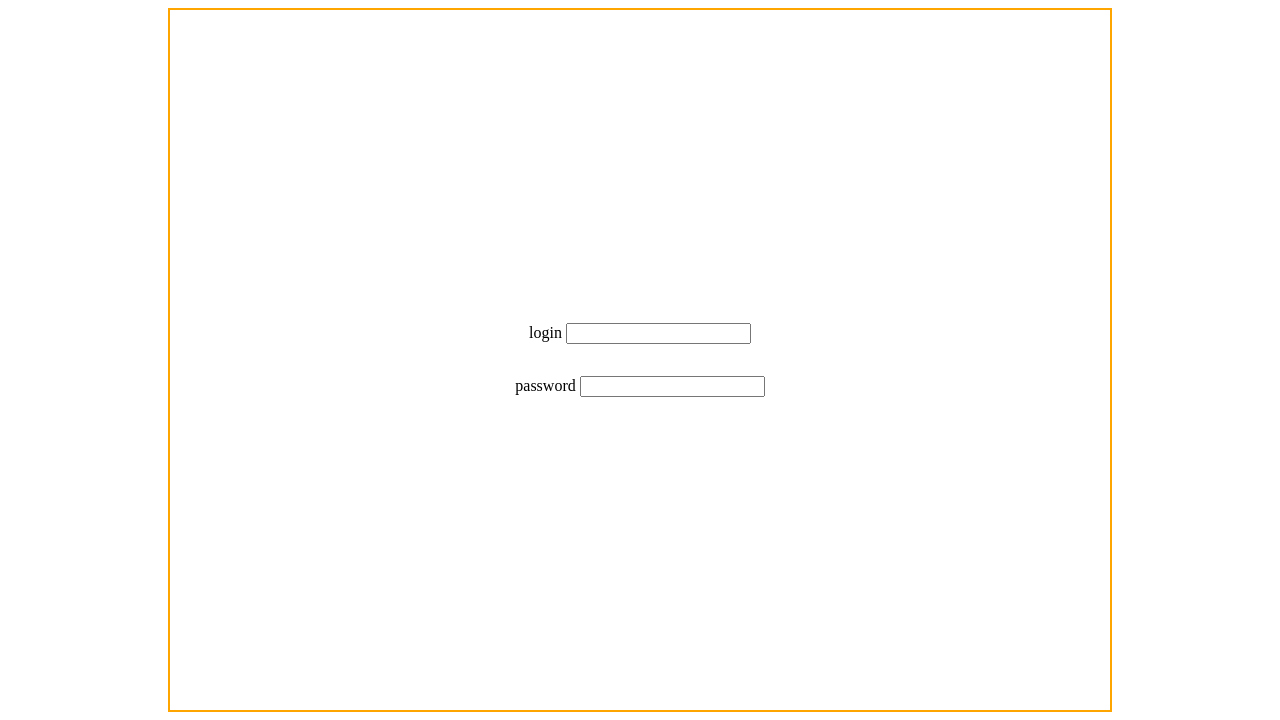
Repository: AndreyMykulych/javascript
Page: 11/index.html
The author's editor kept a copy of each file at every save. The page is drawn from the files as they stood at one save, then again after the next save.
The browser window is 1280 px wide. The pictures show the whole page.

Above is the page before, as saved 2023-04-27 22:29:24.

### 11/index.html
<!DOCTYPE html>
<html lang="en">
<head>
    <meta charset="UTF-8">
    <meta http-equiv="X-UA-Compatible" content="IE=edge">
    <meta name="viewport" content="width=device-width, initial-scale=1.0">
    <title>Document</title>
</head>
<script src="one.js"></script>
<style>
     .auth{
         display: flex;
         flex-direction: column;
         justify-content: center;
        width: 58.75rem;
        height: 43.75rem;
        margin: 0 auto;
        border: 2px solid orange;
    }
    .passPar,.loginPar{
        text-align: center;
    }
    .pizzaForm{
        display: none;
        width: 58.75rem;
        height: 43.75rem;
        margin: 0 auto;
        border: 2px solid orange;
    }
</style>
<body>
    <form class="auth" disabled="">
    <p class="loginPar">
        <label for="login">login</label>
        <input type="text" name="login">
    </p>
    <p class="passPar">
        <label for="password">password</label>
        <input type="password" name="password">
    </p>
    </form>
    <form class="pizzaForm">

    </form>
</body>
</html>

### 11/one.js
window.onload = () => {
    let formElLoggin = document.querySelector('.auth');
    let formElPizza = document.querySelector('.pizzaForm');

    formElLoggin.onsubmit = (e) => {
        let login = document.querySelector('[name=login]')
        let password = document.querySelector('[name=password]')

        let isValid = true;

        console.log(login.value)
    }
}

After the next save:
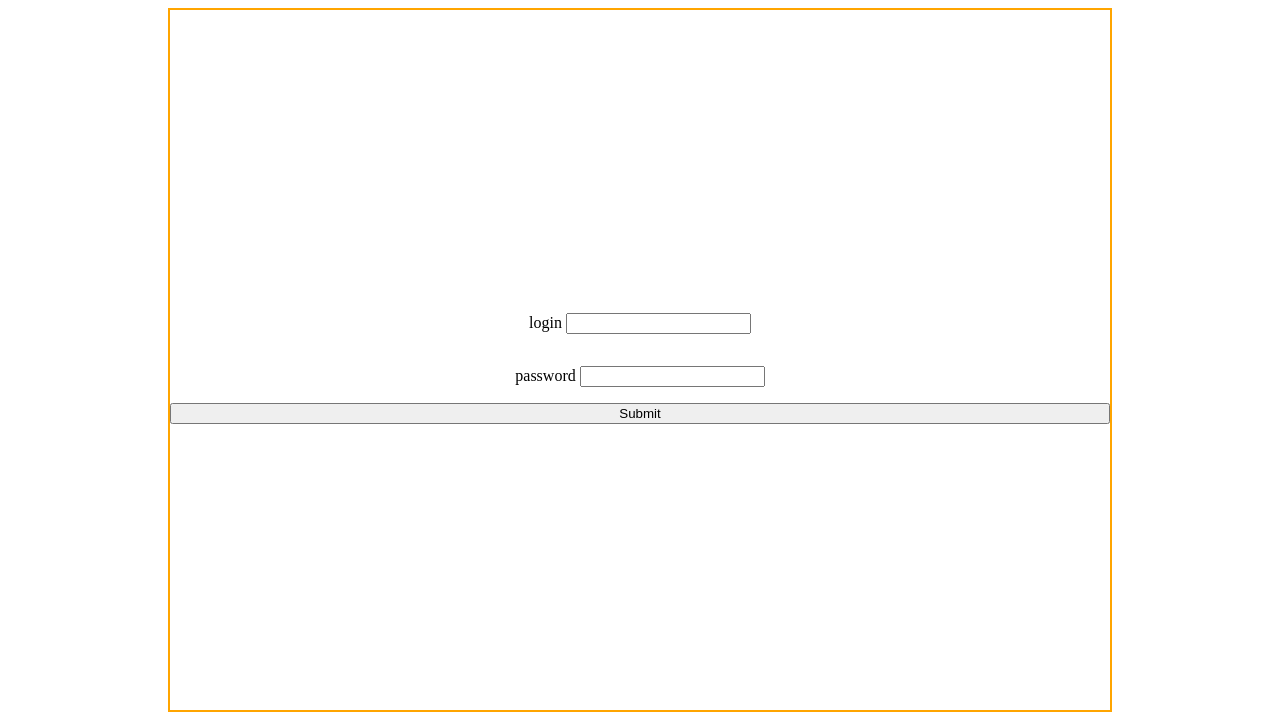
Saved 34 s later.
--- a/11/index.html
+++ b/11/index.html
@@ -38,6 +38,7 @@
         <label for="password">password</label>
         <input type="password" name="password">
     </p>
+    <button>Submit</button>
     </form>
     <form class="pizzaForm">
 
